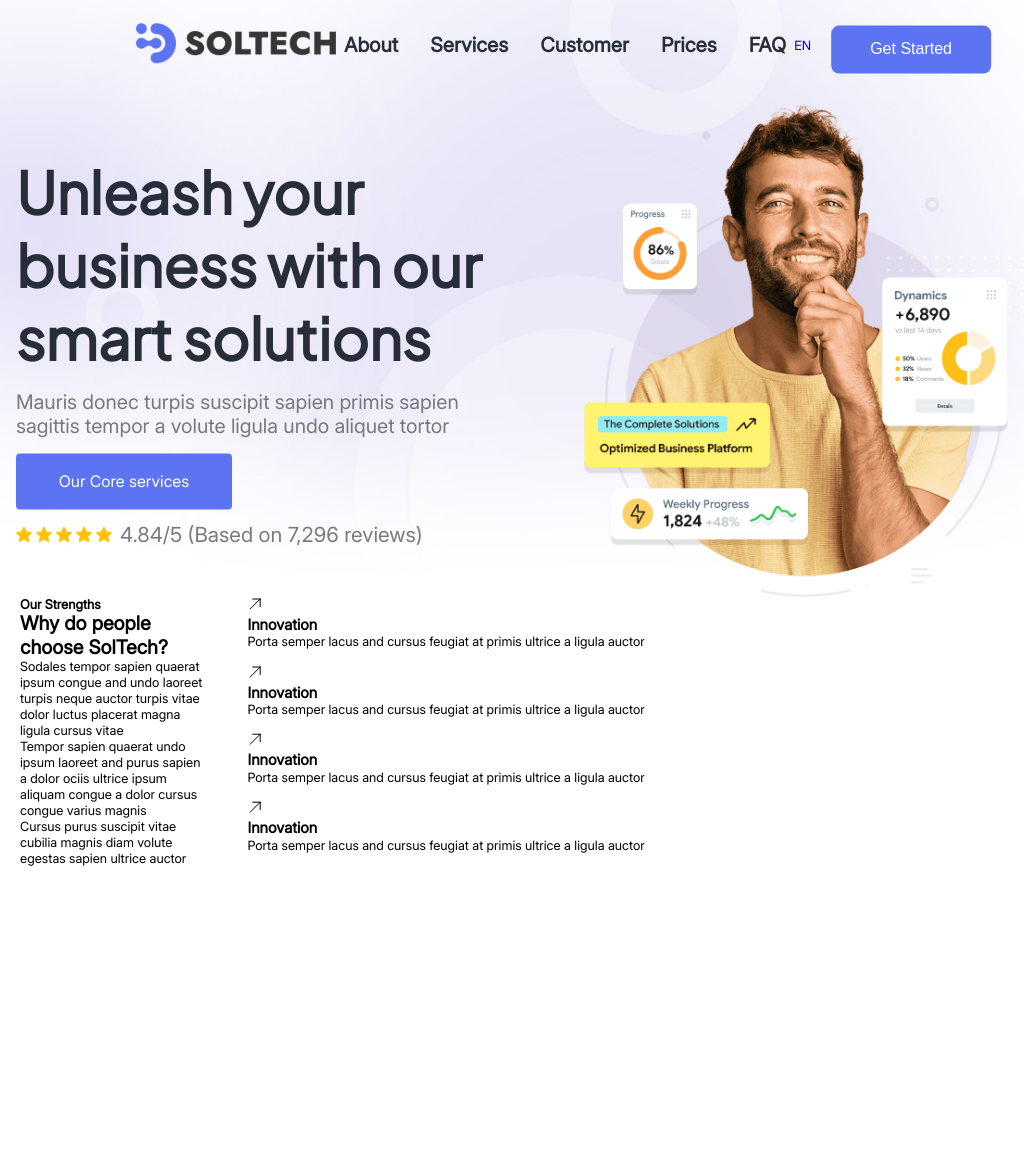
Repository: md-rabbi-hossain/Soltech-html
Page: index.html
An editor plug-in stored every save of this project. The page is shown before and after the next save, followed by the edit.
The browser window is 1280 px wide. The pictures show the whole page, at 80% of full size.

Above is the page before, as saved 2025-01-10 01:57:56.

After the next save:
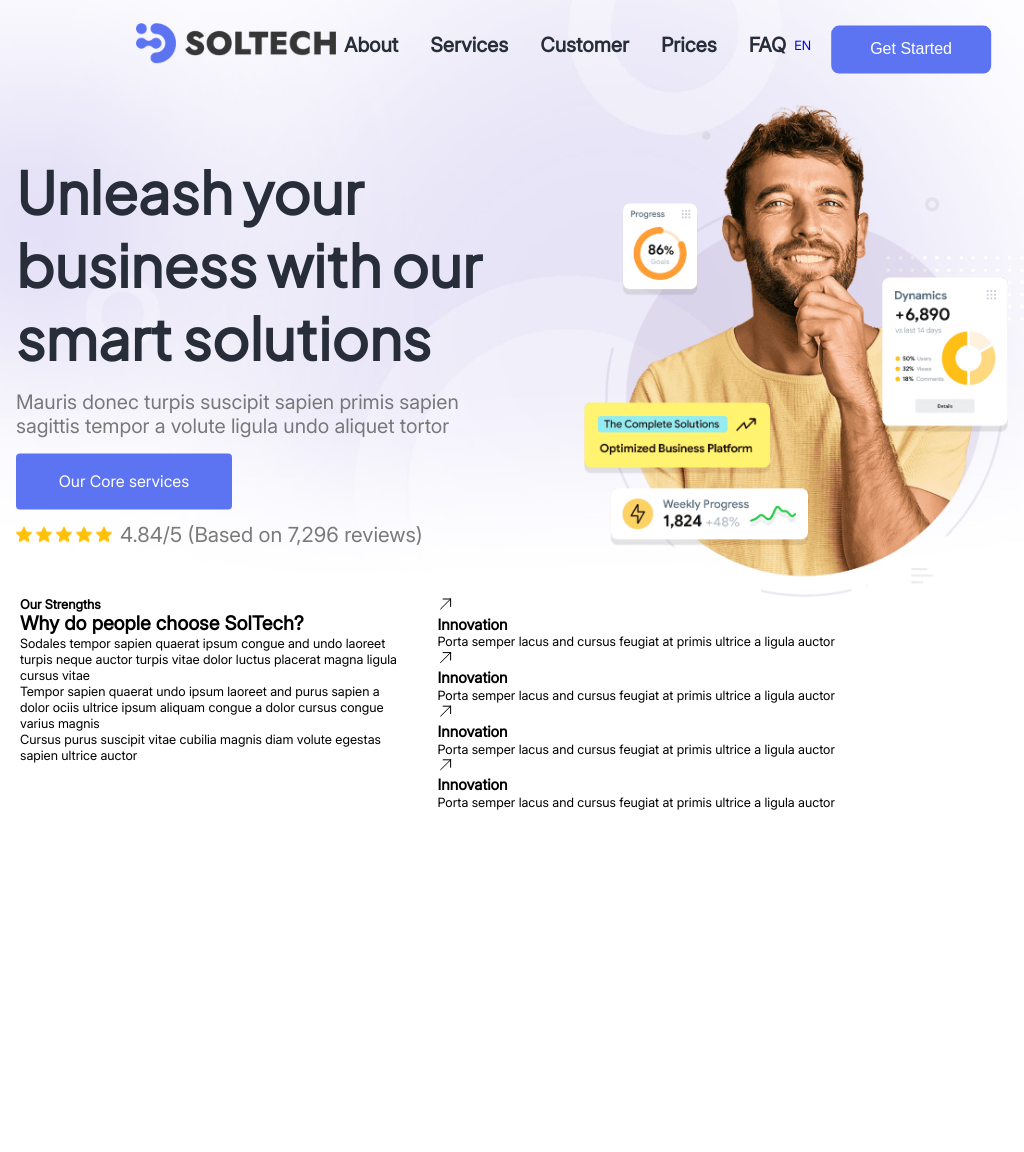
Saved 73 s later.
--- a/Css/style.css
+++ b/Css/style.css
@@ -232,6 +232,7 @@ section.main-container.cta-section {
 .box-parent {
   display: flex;
   flex-wrap: wrap;
+  width: 60%;
 }
 .box-inner svg {
   width: 20px;
